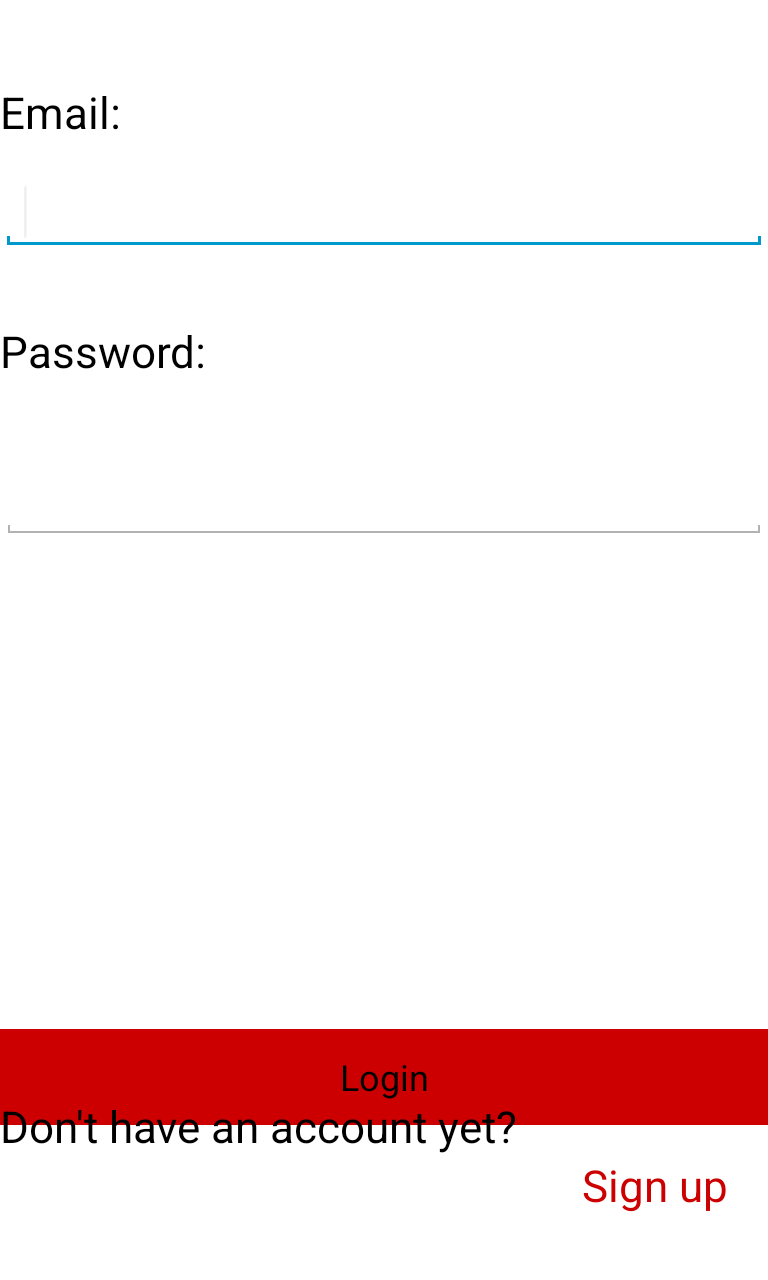
Repository: erwasambo/greendevelopment
Layout: GreenDevelopment/NASCuisine/res/layout/login.xml
These files come from the project's save history. The layout is drawn as it stood at one moment and after the next save; the edit follows.
It is drawn on a 768 x 1280 px phone screen (xhdpi) without system bars, with theme AppTheme; the app's code is not run.

Above is the layout before, as saved 2013-12-03 01:43:25.

After the next save:
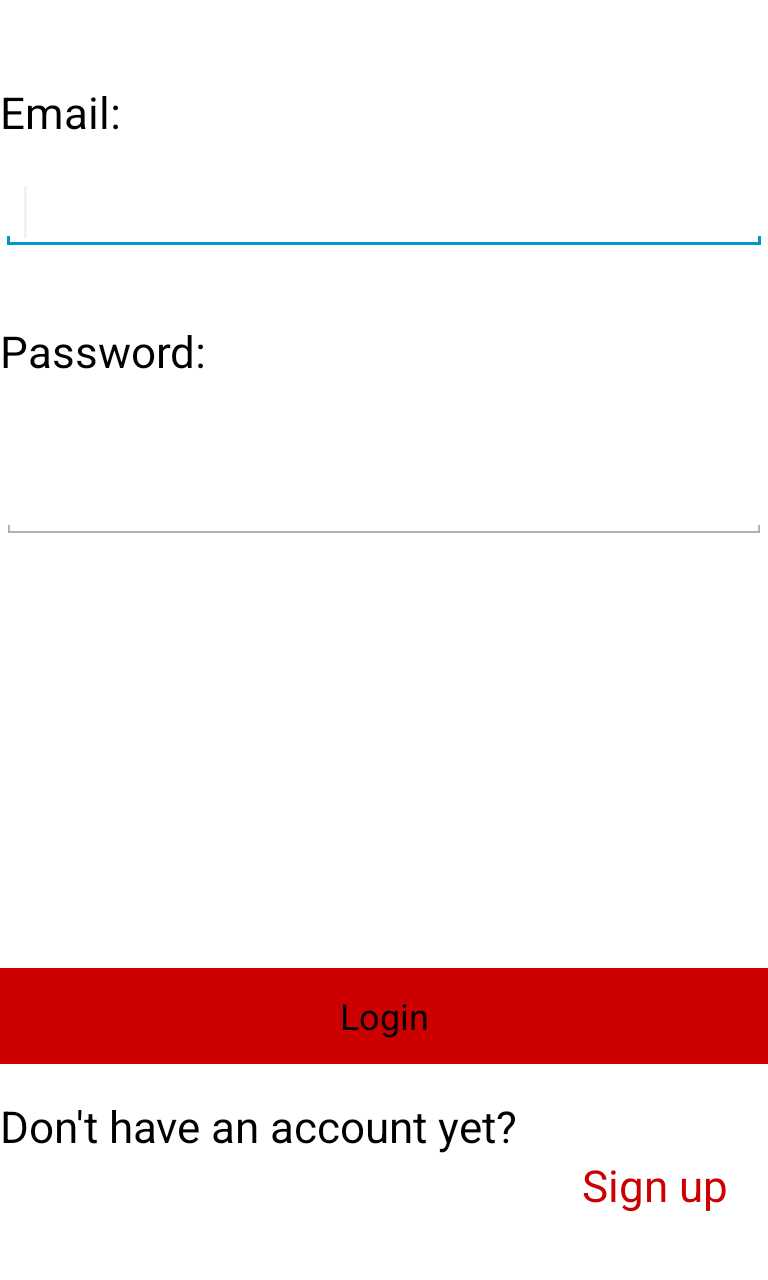
Saved 28 s later.
--- a/GreenDevelopment/NASCuisine/res/layout/login.xml
+++ b/GreenDevelopment/NASCuisine/res/layout/login.xml
@@ -58,16 +58,6 @@
         android:layout_centerHorizontal="true"
         android:layout_marginBottom="14dp" />
 
-    <Button
-        android:id="@+id/btnLogin"
-        android:layout_width="match_parent"
-        android:layout_height="wrap_content"
-        android:layout_above="@+id/tvLinkToRegisterScreen"
-        android:layout_centerHorizontal="true"
-        android:layout_marginBottom="15dp"
-        android:background="@color/purple"
-        android:text="@string/login" />
-
     <TextView
         android:id="@+id/TextView01"
         android:layout_width="wrap_content"
@@ -88,4 +78,14 @@
         android:textAppearance="?android:attr/textAppearanceLarge"
         android:textColor="@color/purple" />
 
+    <Button
+        android:id="@+id/btnLogin"
+        android:layout_width="match_parent"
+        android:layout_height="wrap_content"
+        android:layout_above="@+id/TextView01"
+        android:layout_alignParentLeft="true"
+        android:layout_marginBottom="16dp"
+        android:background="@color/purple"
+        android:text="@string/login" />
+
 </RelativeLayout>
